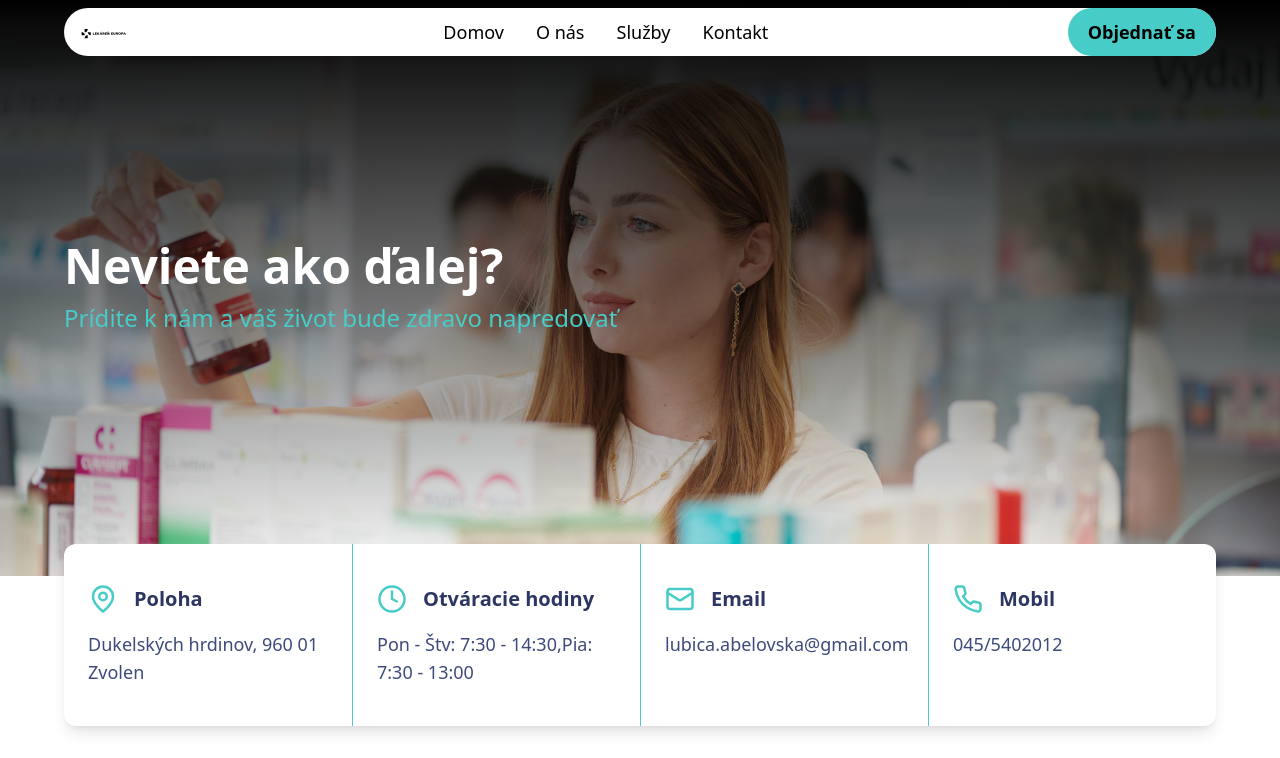
Repository: SimonSkoda13/Lekaren
Page: /
An editor plug-in stored every save of this project. The page is shown before and after the next save, followed by the edit.
The browser window is 1280 px wide. The pictures show the whole page.
The project was rebuilt for these pictures with package versions that can differ from the ones it lists, and the page was loaded fresh each time. The framework's server and built-in components were replaced by stand-ins that run in the browser. Also part of the build but not shown: next.config.js.

Above is the page before, as saved 2023-04-22 19:27:35.

After the next save:
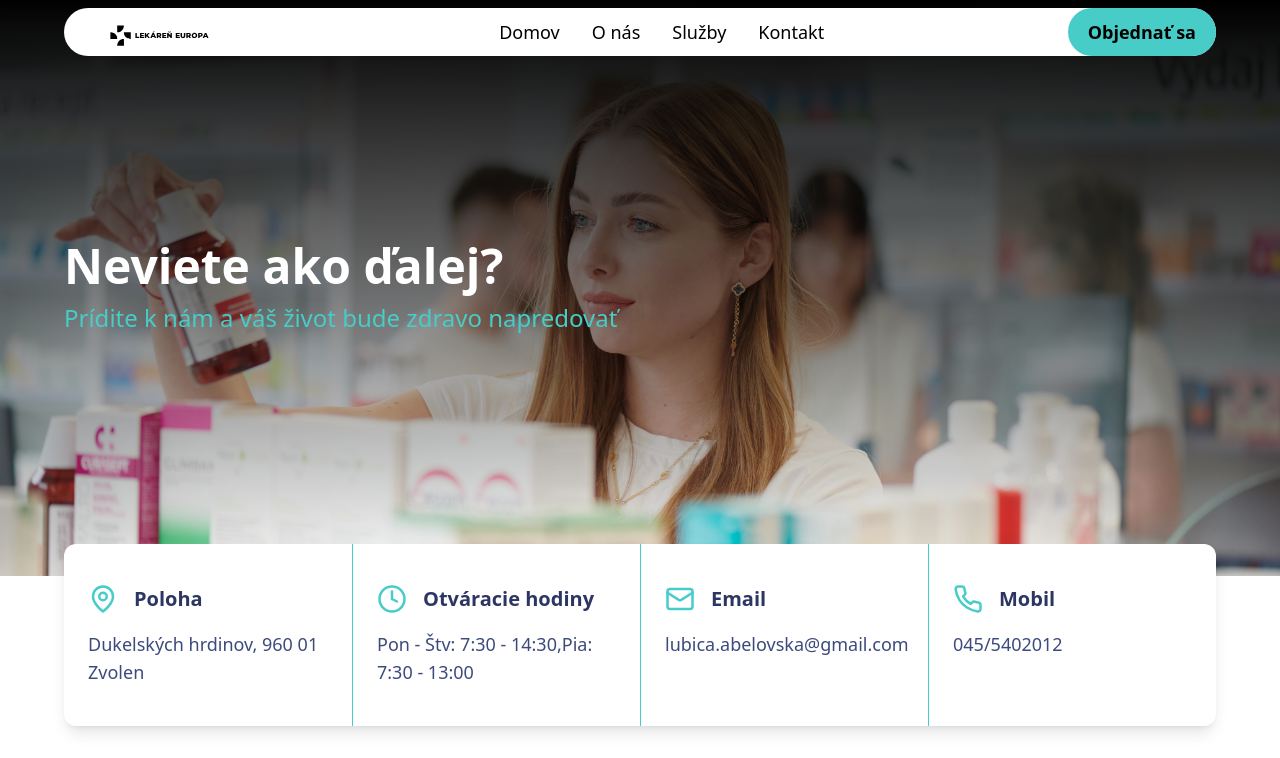
Saved 13 s later.
--- a/src/app/components/Header/Header.tsx
+++ b/src/app/components/Header/Header.tsx
@@ -11,7 +11,7 @@ export const Header = (props: HeaderProps) => {
         {/* logo */}
         <div className="flex justify-center items-center px-4">
           <Link href="/">
-            <img src="/headerLogo.svg" alt="logo" className="w-12 h-12" />
+            <img src="/headerLogo.svg" alt="logo" className="w-15 h-12" />
           </Link>
         </div>
         {/* nav */}
